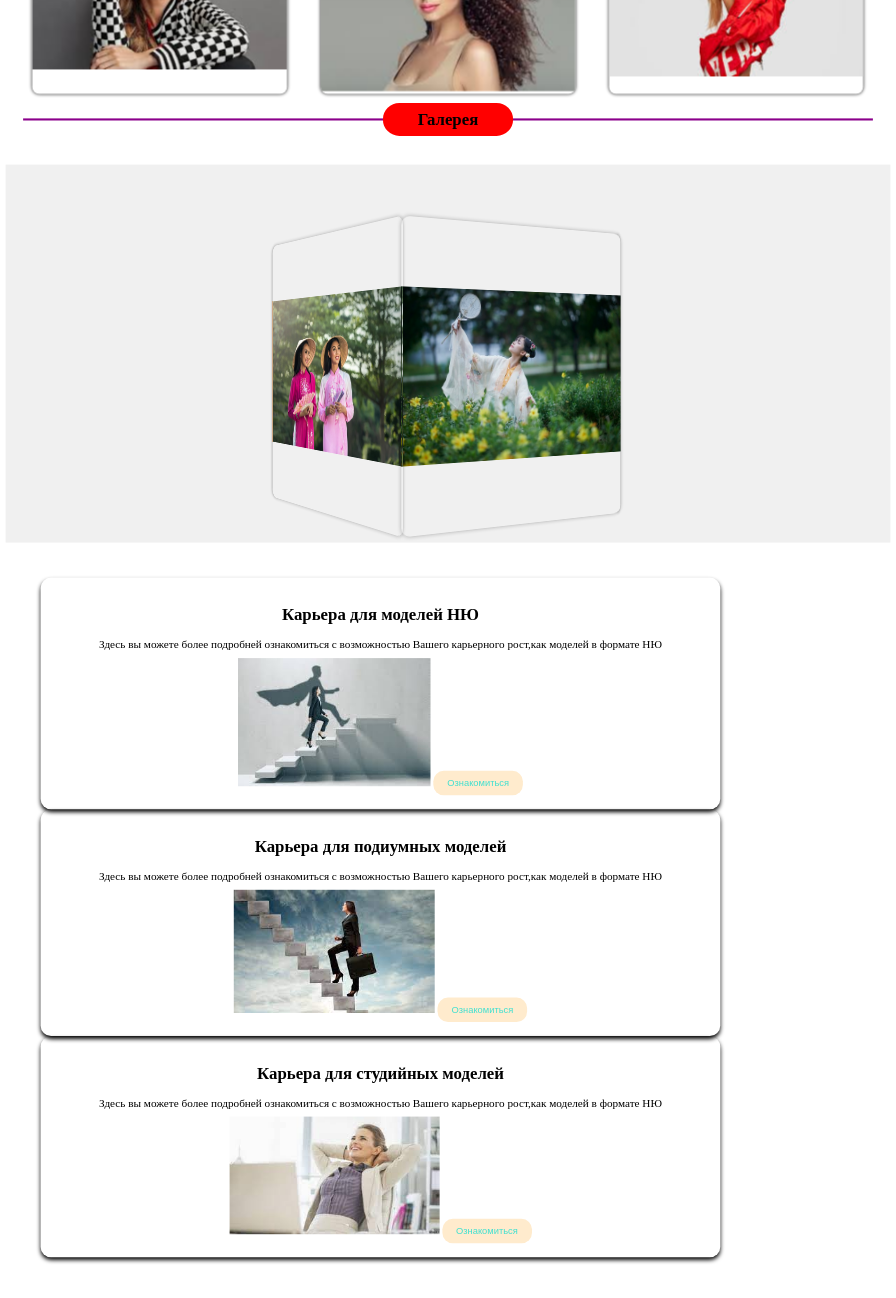
Repository: qtqqrdy13/model-studio
Page: index.html
The author's editor kept a copy of each file at every save. The page is drawn from the files as they stood at one save, then again after the next save.
The browser window is 1280 px wide. The pictures show the part of the page from y = 1743 to 3663 px (the page is 3597 px tall before and 3663 px after), at 70% of full size.
A picture or video elsewhere on the page could not be fetched, so the positions and the page height are approximate.

Above is the page before, as saved 2023-09-01 13:36:47.

After the next save:
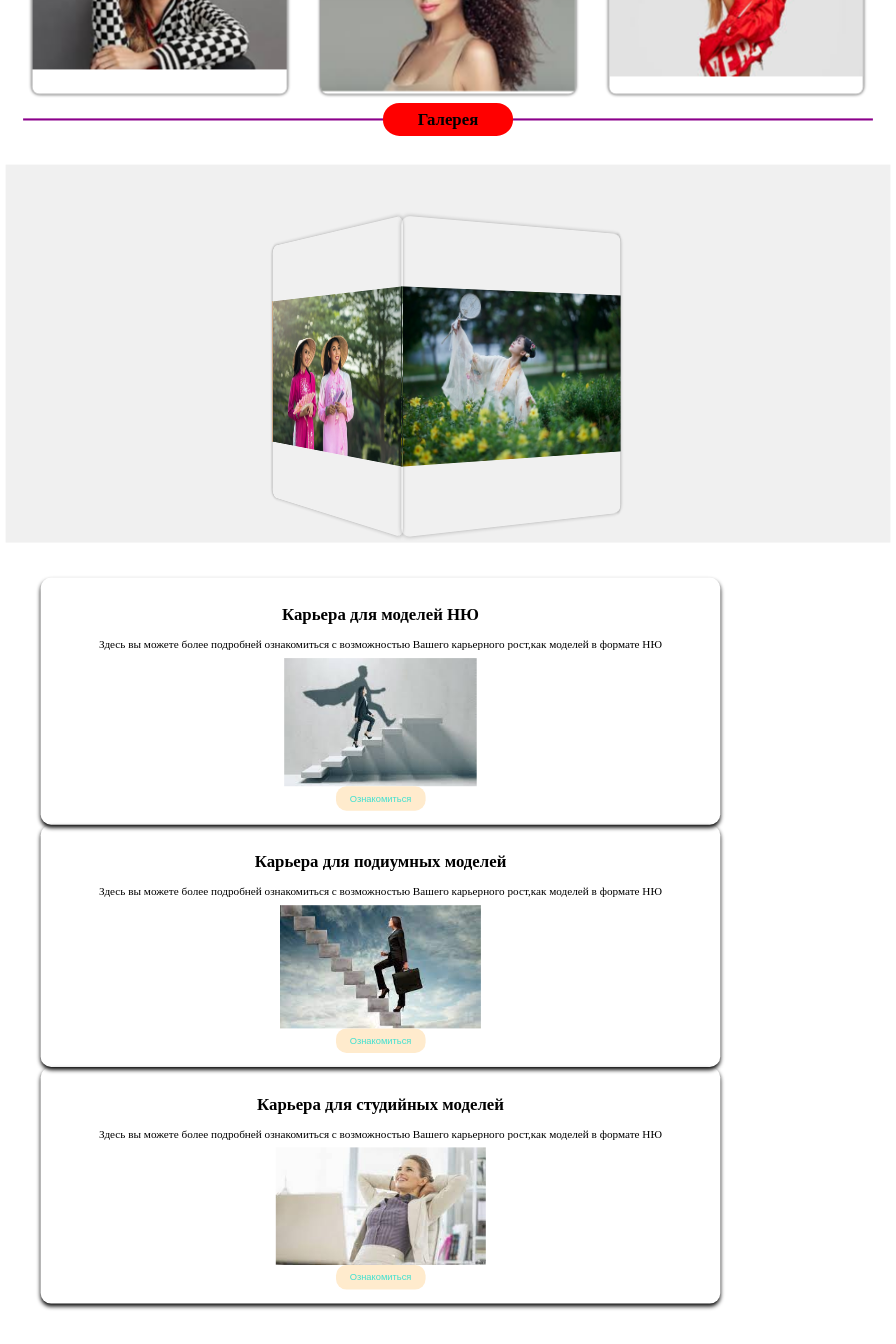
Saved 2 min 37 s later.
--- a/style.css
+++ b/style.css
@@ -398,6 +398,10 @@ p {
 
 .category {
     width: 80%;
+    display:flex;
+    justify-content:center;
+    flex-direction: column;
+    align-items: center;
     padding: 20px;
     margin: o auto 20px;
     border-radius: 15px;
